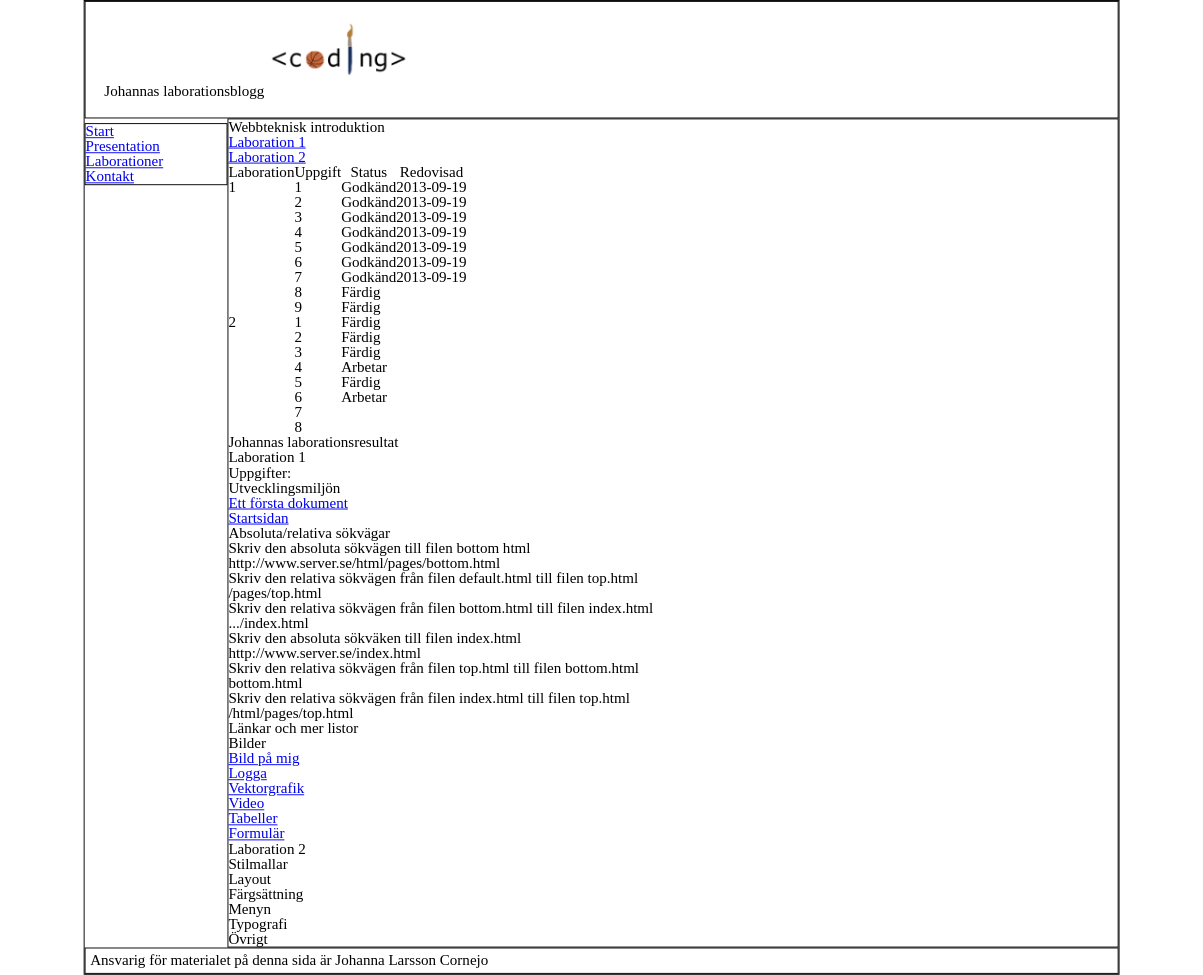
Repository: jc222fi/1ik415-laborationer
Page: pages/laborationer.html
The author's editor kept a record of every edit. The page is drawn from the files as they stood at one moment, then again after the next edit.
The browser window is 1280 px wide. The pictures show the whole page, at 94% of full size.

Above is the page before.

### pages/laborationer.html
<!doctype html>
<html>
    <head>
        <meta charset="utf-8" />
        <title>Laborationer</title>
        <link rel="stylesheet" href="../css/style.css" />
    </head>
    <body>
    <div id="container">
        <div id="header">
            <header>
                <h1 id="start">Johannas laborationsblogg<img src="pics/logo.png" alt="Logotyp" /></h1>
            </header>
        </div>
        <div id="nav">
            <ul>
                <li><a href="../index.html">Start</a></li>
                <li><a href="presentation.html">Presentation</a></li>
                <li><a href="#laborationer">Laborationer</a></li>
                <li><a href="kontakt.html">Kontakt</a></li>
            </ul>
        </div>
        <div id="content">
        <h2 id="#laborationer">Webbteknisk introduktion</h2>
        <ul>
            <li><a href="#lab1">Laboration 1</a></li>
            <li><a href="#lab2">Laboration 2</a></li>
        </ul>
        <table border='1'>
            <thead id="table">
                <tr>
                    <th>Laboration</th>
                    <th>Uppgift</th>
                    <th>Status</th>
                    <th>Redovisad</th>
                </tr>
            </thead>
            <tfoot>
                <td colspan="4">Johannas laborationsresultat</td>
            </tfoot>
            <tbody>
                <tr>
                    <td rowspan="9">1</td>
                    <td>1</td>
                    <td>Godkänd</td>
                    <td>2013-09-19</td>
                </tr>
                <tr>
                    <td>2</td>
                    <td>Godkänd</td>
                    <td>2013-09-19</td>
                </tr>
                <tr>
                    <td>3</td>
                    <td>Godkänd</td>
                    <td>2013-09-19</td>
                </tr>
                <tr>
                    <td>4</td>
                    <td>Godkänd</td>
                    <td>2013-09-19</td>
                </tr>
                <tr>
                    <td>5</td>
                    <td>Godkänd</td>
                    <td>2013-09-19</td>
                </tr>
                <tr>
                    <td>6</td>
                    <td>Godkänd</td>
                    <td>2013-09-19</td>
                </tr>
                <tr>
                    <td>7</td>
                    <td>Godkänd</td>
                    <td>2013-09-19</td>
                </tr>
                <tr>
                    <td>8</td>
                    <td>Färdig</td>
                    <td></td>
                </tr>
                <tr>
                    <td>9</td>
                    <td>Färdig</td>
                    <td></td>
                </tr>
                <tr>
                    <td rowspan="8">2</td>
                    <td>1</td>
                    <td>Färdig</td>
                    <td></td>
                </tr>
                <tr>
                    <td>2</td>
                    <td>Färdig</td>
                    <td></td>
                </tr>
                <tr>
                    <td>3</td>
                    <td>Färdig</td>
                    <td></td>
                </tr>
                <tr>
                    <td>4</td>
                    <td>Arbetar</td>
                    <td></td>
                </tr>
                <tr>
                    <td>5</td>
                    <td>Färdig</td>
                    <td></td>
                </tr>
                <tr>
                    <td>6</td>
                    <td>Arbetar</td>
                    <td></td>
                </tr>
                <tr>
                    <td>7</td>
                    <td></td>
                    <td></td>
                </tr>
                <tr>
                    <td>8</td>
                    <td></td>
                    <td></td>
                </tr>
            </tbody>
        </table>
        <h3 id="lab1">Laboration 1</h3>
        <p>Uppgifter:</p>
        <ol>
            <li>Utvecklingsmiljön</li>
            <li><a href="presentation.html">Ett första dokument</a></li>
            <li><a href="../index.html">Startsidan</a></li>
            <li><dl>Absoluta/relativa sökvägar
                    <dt>Skriv den absoluta sökvägen till filen bottom html</dt>
                    <dd>http://www.server.se/html/pages/bottom.html</dd>
                    <dt>Skriv den relativa sökvägen från filen default.html till filen top.html</dt>
                    <dd>/pages/top.html</dd>
                    <dt>Skriv den relativa sökvägen från filen bottom.html till filen index.html</dt>
                    <dd>.../index.html</dd>
                    <dt>Skriv den absoluta sökväken till filen index.html</dt>
                    <dd>http://www.server.se/index.html</dd>
                    <dt>Skriv den relativa sökvägen från filen top.html till filen bottom.html</dt>
                    <dd>bottom.html</dd>
                    <dt>Skriv den relativa sökvägen från filen index.html till filen top.html</dt>
                    <dd>/html/pages/top.html</dd>
                </dl></li>
            <li>Länkar och mer listor</li>
            <li>Bilder
                <ul>
                    <li><a href="presentation.html#jag.jpg">Bild på mig</a></li>
                    <li><a href="../pics/logo.png">Logga</a></li>
                    <li><a href="../index.html#vektorbild">Vektorgrafik</a></li>
                </ul>
            </li>

            <li><a href="../index.html#video">Video</a></li>
            <li><a href="#tabell">Tabeller</a></li>
            <li><a href="kontakt.html">Formulär</a></li>
        </ol>
        <h3 id="lab2">Laboration 2</h3>
        <ol>
            <li>Stilmallar</li>
            <li>Layout</li>
            <li>Färgsättning</li>
            <li>Menyn</li>
            <li>Typografi</li>
            <li>Övrigt</li>
        </ol>
        </div>
        <div id="footer">
            <footer>
                <p>Ansvarig för materialet på denna sida är Johanna Larsson Cornejo</p>
            </footer>
        </div>
    </div>
    </body>
</html>

### css/style.css
/* http://meyerweb.com/eric/tools/css/reset/
   v2.0 | 20110126
   License: none (public domain)
*/

html, body, div, span, applet, object, iframe,
h1, h2, h3, h4, h5, h6, p, blockquote, pre,
a, abbr, acronym, address, big, cite, code,
del, dfn, em, img, ins, kbd, q, s, samp,
small, strike, strong, sub, sup, tt, var,
b, u, i, center,
dl, dt, dd, ol, ul, li,
fieldset, form, label, legend,
table, caption, tbody, tfoot, thead, tr, th, td,
article, aside, canvas, details, embed,
figure, figcaption, footer, header, hgroup,
menu, nav, output, ruby, section, summary,
time, mark, audio, video {
	margin: 0;
	padding: 0;
	border: 0;
	font-size: 100%;
	font: inherit;
	vertical-align: baseline;
}

/*Layout*/
#container{
	max-width:1100px;
	margin:0 auto;
	border:1px solid black;
}
#header{
	max-width:1098;
   padding:20px;
   border:1px solid black;
}
#nav{
	float:left;
	width:150px;
	margin-top:5px;
   border:1px solid black;
}
#content{
	float:right;
	width:946px;
	border:1px solid black;
}
#footer{
	clear:both;
	padding:5px;
	border:1px solid black;
}

/* HTML5 display-role reset for older browsers */
article, aside, details, figcaption, figure,
footer, header, hgroup, menu, nav, section {
	display: block;
}
body {
	line-height: 1;
}
ol, ul {
	list-style: none;
}
blockquote, q {
	quotes: none;
}
blockquote:before, blockquote:after,
q:before, q:after {
	content: '';
	content: none;
}
table {
	border-collapse: collapse;
	border-spacing: 0;
}

After the next edit:
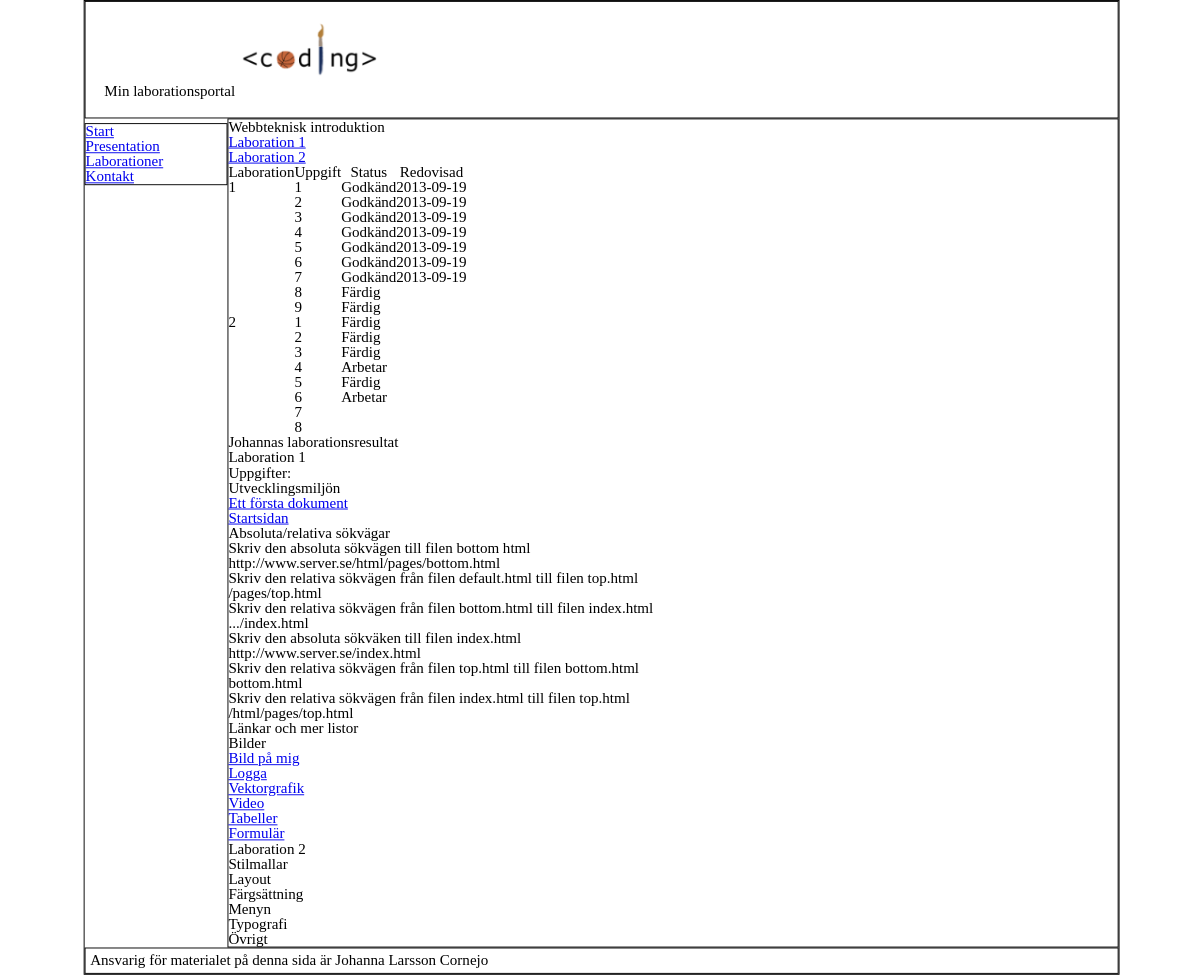
The edit:
--- a/pages/laborationer.html
+++ b/pages/laborationer.html
@@ -9,7 +9,7 @@
     <div id="container">
         <div id="header">
             <header>
-                <h1 id="start">Johannas laborationsblogg<img src="pics/logo.png" alt="Logotyp" /></h1>
+                <h1 id="laborationer">Min laborationsportal<img src="../pics/logo.png" alt="Logotyp" /></h1>
             </header>
         </div>
         <div id="nav">
